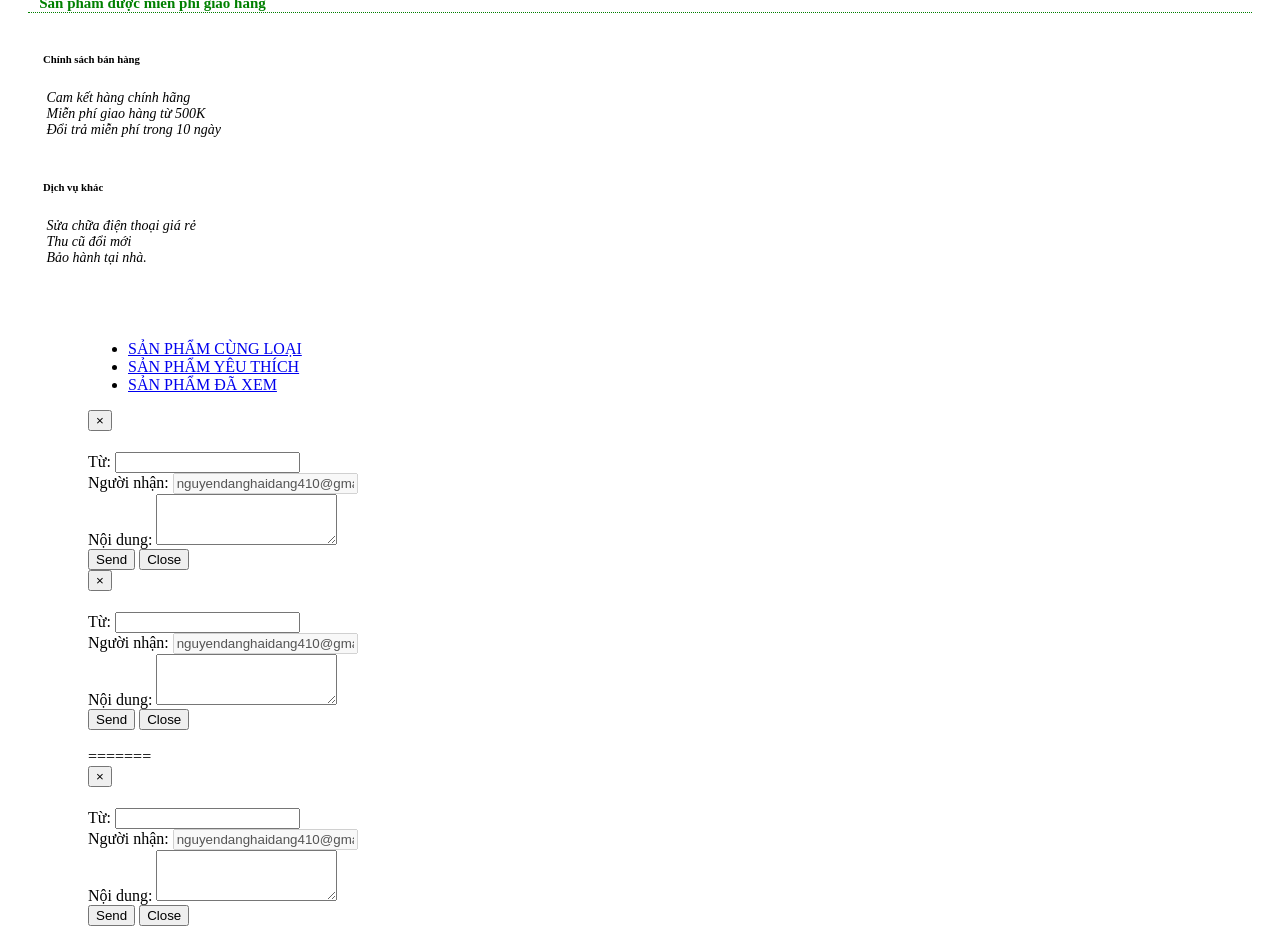
Repository: PhucDat28310/NaviProject
Page: http://localhost/CH_DT_Navi/WEB-INF/views/product/detail.jsp
An editor plug-in stored every save of this project. The page is shown before and after the next save, followed by the edit.
The browser window is 1280 px wide. The pictures show the part of the page from y = 1204 to 2156 px (the page is 2156 px tall before and 2138 px after).
The page is served by Tomcat 9. Nobody is signed in. Other server files are loaded and not shown. The template is opened directly, without the code that normally fills it, so the values that code supplies are empty.

Above is the page before, as saved 2023-03-30 04:14:53.

### CH-DT/CH_DT_Navi/src/main/webapp/WEB-INF/views/product/detail.jsp
<%@ page pageEncoding="utf-8"%>
<%@ taglib uri="http://java.sun.com/jstl/core_rt" prefix="c"%>
<%@ taglib uri="http://java.sun.com/jstl/fmt_rt" prefix="f"%>


<c:set var="cart" value="${sessionScope['scopedTarget.cartService']}" />
<br />
<div class="row">
	<div class="col-sm-9">
		<div class="ct1">
			<!-- SHOP PRODUCTS -->
			<div class="row">
				<div class="col-sm-5">

					<div class="product-image">
						<img src="/static/images/products/${prod.image}"
							title="${prod.name}">
					</div>
				</div>
				<div class="col-sm-7">
					<div class="san-pham-ct">
						<h3 style="color: black; font-weight: bold; text-align: left;">
							${prod.name}</h3>
						<p>
							Thương hiệu: <b>${prod.category.nameVN}</b> | SKU: ${prod.id}
						</p>
						<br /> <a href="/product/detail/${prod.id}"> <c:choose>
								<c:when test="${prod.discount > 0 }">
									<p
										style="background-color: red; width: 30px; height: 30px; text-align: right; float: right; position: relative; border-radius: 30px; margin-right: 110px">
										<span
											style="margin-left: -28px; margin-top: 5px; font-size: 14px; color: #fff; position: absolute;">
											-<f:formatNumber value="${prod.discount}" type="percent" />
										</span>
									</p>
								</c:when>
								<c:otherwise>

								</c:otherwise>
							</c:choose>


						</a>
						<p style="padding: 3px; font-size: 20px; font-weight: bold;">
							<c:choose>
								<c:when test="${prod.discount <= 0 }">
									<span
										style="text-align: left; font-weight: bold; color: red"><f:formatNumber
											value="${prod.unitPrice}" pattern="#,###" />VNĐ </span>
								</c:when>
								<c:otherwise>
									<span
										style="text-decoration: line-through; color: Gray; font-weight: bold;">
										<f:formatNumber value="${prod.unitPrice}" pattern="#,###" />
										VNĐ
									</span>
								</c:otherwise>
							</c:choose>
							<c:choose>
								<c:when test="${prod.discount > 0 }">
									<span style="margin-left: 5px; font-weight: bold; color: red">
										<f:formatNumber
											value="${prod.unitPrice * (1 - prod.discount)}"
											pattern="#,###" /> VNĐ
									</span>
								</c:when>
								<c:otherwise>

								</c:otherwise>
							</c:choose>
						</p>
						<p>
							Tình trạng: <span
								style="background-color: #99FF99; border-radius: 4px; padding: 3px; color: black; font-weight: bold;">${prod.available?'Còn hàng':'Hết hàng'}</span>
						</p>

						<div class="row">
							<div class="col-sm-6" data-id="${prod.id}">
								<button class="theo-vao-gio btn-add-to-carts"
									data-toggle="modal" data-target="#myModals">THÊM VÀO
									GIỎ</button>
							</div>

						</div>

					</div>
					<br>
					<div class="sp-km">
						<h6>Khuyến mãi liên quan</h6>
						<p>
							<img style="margin-top: -5px"
								src="/static/images/icon/icon_km.png" width="15px" height="15px">
							<span>Trả góp 0% + 0đ qua thẻ tín dụng</span>
						</p>
						<p>
							<img style="margin-top: -5px"
								src="/static/images/icon/icon_km.png" width="15px" height="15px">
							<span>Pin sạc dự phòng giảm 30% khi mua kèm</span>
						</p>
					</div>
				</div>
			</div>
		</div>
		<div class="sp-km">
			<p>${prod.description}</p>

		</div>
	</div>

	<!-- /SHOP PRODUCTS -->

	<div class="col-sm-3">
		<div class="ct2">
			<!-- SHOP SIDEBAR -->
			<b style="font-size: 15px; color: green;"><i class="fas fa-truck"></i>&nbsp;&nbsp;&nbsp;Sản
				phẩm được miễn phí giao hàng</b>
			<div class="sp-km">
				<h6>Chính sách bán hàng</h6>
				<i><i class="	far fa-check-circle ico"></i> &nbsp;Cam kết hàng
					chính hãng </i><br> <i><i class="fas fa-truck-monster ico"></i>
					&nbsp;Miễn phí giao hàng từ 500K</i><br> <i><i
					class="fas fa-redo ico"></i> &nbsp;Đổi trả miễn phí trong 10 ngày</i> <br>
				<br>
				<h6>Dịch vụ khác</h6>
				<i><i class="fas fa-hammer ico"></i> &nbsp;Sửa chữa điện thoại
					giá rẻ</i><br> <i><i class="fas fa-laptop ico"></i> &nbsp;Thu
					cũ đổi mới </i><br> <i><i class="fas fa-satellite-dish ico"></i>
					&nbsp;Bảo hành tại nhà.</i>
			</div>
			<!-- /SHOP SIDEBAR -->
		</div>
	</div>

</div>
</div>

<!-- /content -->
<br>


<!-- SP tương tự -->
<div class="container-fluid" style="padding: 0px 80px 0px 80px">
	<ul class="nav nav-tabs">
		<li class="active"><a data-toggle="tab" href="#tab1">SẢN PHẨM
				CÙNG LOẠI</a></li>
		<li><a data-toggle="tab" href="#tab2">SẢN PHẨM YÊU THÍCH</a></li>
		<li><a data-toggle="tab" href="#tab3">SẢN PHẨM ĐÃ XEM</a></li>
	</ul>

	<div class="tab-content">
		<div id="tab1" class="tab-pane fade in active">
			<div>
				<c:forEach var="p" items="${list}" begin="0" end="7">
					<div class="col-sm-3" style="padding: 5px 5px 5px 5px">
						<div class="thumbnail">

							<a href="/product/detail/${p.id}"> <c:choose>
									<c:when test="${p.discount > 0 }">
										<p
											style="background-color: red; width: 30px; height: 30px; text-align: right; float: right; position: relative; border-radius: 30px">
											<span
												style="margin-left: -28px; margin-top: 5px; font-size: 14px; color: #fff; position: absolute;">
												-<f:formatNumber value="${p.discount}" type="percent" />
											</span>
										</p>
									</c:when>
									<c:otherwise>

									</c:otherwise>
								</c:choose> <img style="margin-right: 30px; margin-top: 5px"
								class="estore-prod" src="/static/images/products/${p.image}"
								title="${p.name}">
							</a>

							<div class="caption">
								<p style="padding: 3px; text-align: center; color: black">
									<b>${p.name}</b>
								</p>
								<p
									style="padding: 3px; font-size: 15px; text-align: center; font-weight: bold;">
									<c:choose>
										<c:when test="${p.discount <= 0 }">
											<span style="text-align: left; font-weight: bold; color:red"><f:formatNumber
													value="${p.unitPrice}" pattern="#,###" />VNĐ </span>
										</c:when>
										<c:otherwise>
											<span
												style="text-decoration: line-through; color: Gray; font-weight: bold;">
												<f:formatNumber value="${p.unitPrice}" pattern="#,###" />
												VNĐ
											</span>
										</c:otherwise>
									</c:choose>
									<c:choose>
										<c:when test="${p.discount > 0 }">
											<span style="margin-left: 5px; font-weight: bold; color:red"> <f:formatNumber
													value="${p.unitPrice * (1 - p.discount)}" pattern="#,###" />
												VNĐ
											</span>
										</c:when>
										<c:otherwise>

										</c:otherwise>
									</c:choose>

								</p>
								<br /> <br />
								<div data-id="${p.id}" class="pull-center text-center">
									<button class="btn btn-sm btn-danger btn-add-to-cart">
										<i class="glyphicon glyphicon-shopping-cart"></i>
									</button>
									<button class="btn btn-sm btn-warning btn-star">
										<i class="glyphicon glyphicon-star"></i>
									</button>
									<button class="btn btn-sm btn-success btn-open-dialog"
										data-toggle="modal" data-target="#myModal">
										<i class="glyphicon glyphicon-envelope"></i>
									</button>
								</div>
							</div>


						</div>
					</div>

				</c:forEach>


				<jsp:include page="dialog.jsp" />
			</div>
		</div>
		<div id="tab2" class="tab-pane fade">
			<div>
				<c:forEach var="p" items="${favo}" begin="0" end="7">
					<div class="col-sm-3" style="padding: 5px 5px 5px 5px">
						<div class="thumbnail">

							<a href="/product/detail/${p.id}"> <c:choose>
									<c:when test="${p.discount > 0 }">
										<p
											style="background-color: red; width: 30px; height: 30px; text-align: right; float: right; position: relative; border-radius: 30px">
											<span
												style="margin-left: -28px; margin-top: 5px; font-size: 14px; color: #fff; position: absolute;">
												-<f:formatNumber value="${p.discount}" type="percent" />
											</span>
										</p>
									</c:when>
									<c:otherwise>

									</c:otherwise>
								</c:choose> <img style="margin-right: 30px; margin-top: 5px"
								class="estore-prod" src="/static/images/products/${p.image}"
								title="${p.name}">
							</a>

							<div class="caption">
								<p style="padding: 3px; text-align: center; color: black">
									<b>${p.name}</b>
								</p>
								<p
									style="padding: 3px; font-size: 15px; text-align: center; font-weight: bold;">
									<c:choose>
										<c:when test="${p.discount <= 0 }">
											<span style="text-align: left; font-weight: bold; color: red"><f:formatNumber
													value="${p.unitPrice}" pattern="#,###" />VNĐ </span>
										</c:when>
										<c:otherwise>
											<span
												style="text-decoration: line-through; color: Gray; font-weight: bold;">
												<f:formatNumber value="${p.unitPrice}" pattern="#,###" />
												VNĐ
											</span>
										</c:otherwise>
									</c:choose>
									<c:choose>
										<c:when test="${p.discount > 0 }">
											<span style="margin-left: 5px; font-weight: bold; color: red"> <f:formatNumber
													value="${p.unitPrice * (1 - p.discount)}" pattern="#,###" />
												VNĐ
											</span>
										</c:when>
										<c:otherwise>

										</c:otherwise>
									</c:choose>

								</p>
								<br /> <br />
								<div data-id="${p.id}" class="pull-center text-center">
									<button class="btn btn-sm btn-danger btn-add-to-cart">
										<i class="glyphicon glyphicon-shopping-cart"></i>
									</button>
									<button class="btn btn-sm btn-warning btn-star">
										<i class="glyphicon glyphicon-star"></i>
									</button>
									<button class="btn btn-sm btn-success btn-open-dialog"
										data-toggle="modal" data-target="#myModal">
										<i class="glyphicon glyphicon-envelope"></i>
									</button>
								</div>
							</div>


						</div>
					</div>

				</c:forEach>


				<jsp:include page="dialog.jsp" />
			</div>
		</div>
		<div id="tab3" class="tab-pane fade">
			<div>
				<c:forEach var="p" items="${viewed}" begin="0" end="7">
					<div class="col-sm-3" style="padding: 5px 5px 5px 5px">
						<div class="thumbnail">

							<a href="/product/detail/${p.id}"> <c:choose>
									<c:when test="${p.discount > 0 }">
										<p
											style="background-color: red; width: 30px; height: 30px; text-align: right; float: right; position: relative; border-radius: 30px">
											<span
												style="margin-left: -28px; margin-top: 5px; font-size: 14px; color: #fff; position: absolute;">
												-<f:formatNumber value="${p.discount}" type="percent" />
											</span>
										</p>
									</c:when>
									<c:otherwise>

									</c:otherwise>
								</c:choose> <img style="margin-right: 30px; margin-top: 5px"
								class="estore-prod" src="/static/images/products/${p.image}"
								title="${p.name}">
							</a>

							<div class="caption">
								<p style="padding: 3px; text-align: center; color: black">
									<b>${p.name}</b>
								</p>
								<p
									style="padding: 3px; font-size: 15px; text-align: center; font-weight: bold;">
									<c:choose>
										<c:when test="${p.discount <= 0 }">
											<span style="text-align: left; font-weight: bold; color: red"><f:formatNumber
													value="${p.unitPrice}" pattern="#,###" />VNĐ </span>
										</c:when>
										<c:otherwise>
											<span
												style="text-decoration: line-through; color: Gray; font-weight: bold;">
												<f:formatNumber value="${p.unitPrice}" pattern="#,###" />
												VNĐ
											</span>
										</c:otherwise>
									</c:choose>
									<c:choose>
										<c:when test="${p.discount > 0 }">
											<span style="margin-left: 5px; font-weight: bold; color: red"> <f:formatNumber
													value="${p.unitPrice * (1 - p.discount)}" pattern="#,###" />
												VNĐ
											</span>
										</c:when>
										<c:otherwise>

										</c:otherwise>
									</c:choose>

								</p>
								<br /> <br />
								<div data-id="${p.id}" class="pull-center text-center">
									<button class="btn btn-sm btn-danger btn-add-to-cart">
										<i class="glyphicon glyphicon-shopping-cart"></i>
									</button>
									<button class="btn btn-sm btn-warning btn-star">
										<i class="glyphicon glyphicon-star"></i>
									</button>
									<button class="btn btn-sm btn-success btn-open-dialog"
										data-toggle="modal" data-target="#myModal">
										<i class="glyphicon glyphicon-envelope"></i>
									</button>
								</div>
							</div>


						</div>
					</div>

				</c:forEach>

			</div>
		</div>

</div>
	<br />
=======
		<jsp:include page="dialog.jsp" />
	</div>
</div>

<br />

<jsp:include page="dialog_cart.jsp" />
<style>
.thumbnail:hover {
	-webkit-box-shadow: 1px 3px 27px 2px rgba(0, 0, 0, 0.42);
	-moz-box-shadow: 1px 3px 27px 2px rgba(0, 0, 0, 0.42);
	box-shadow: 1px 3px 27px 2px rgba(0, 0, 0, 0.42);
}

.pull-center {
	margin-top: -30px;
}

.caption {
	height: 150px
}

.mua-ngay {
	border-radius: 5px;
	padding: 5px 10px;
	text-align: center;
	background-color: rgb(20, 53, 195);
	border: none;
	color: #fff;
	font-weight: 800;
	width: 100%;
	font-size: 18px;
}

.theo-vao-gio {
	border-radius: 5px;
	padding: 5px;
	text-align: center;
	background-image: linear-gradient(-90deg, rgb(240, 232, 8),
		rgb(248, 32, 32));
	border: none;
	color: #fff;
	font-weight: 800;
	width: 100%;
	font-size: 18px;
}

.ct1 {
	background-color: #fff;
	padding: 30px 40px;
	border-radius: 10px;
}

.ct2 {
	background-color: #fff;
	padding: 30px 20px;
	border-radius: 10px;
}

.product-image img {
	width: 100%;
	height: 100%;
}

.sp-km {
	padding-top: 15px;
	border-top: 1px dotted green;
	padding: 15px 0px 10px 15px
}

.sp-km li {
	font-size: 15px;
}

.sp-km p {
	font-size: 15px;
	line-height: 16px;
}

.sp-km i {
	font-size: 14px;
	line-height: 16px;
}

.sp-km .ico {
	color: #0c78aa;
}

.san-pham-ct p {
	margin-top: -5px;
	color: #616060;
}

.san-pham-ct b {
	color: #076692;
}

.san-pham-ct u {
	color: #fa0606;
	font-weight: bold;
	font-size: x-large;
}
</style>

### CH-DT/CH_DT_Navi/src/main/webapp/WEB-INF/views/product/dialog.jsp
<%@ page pageEncoding="utf-8"%>


<!-- Modal -->
<div id="myModal" class="modal fade" role="dialog">
	<div class="modal-dialog">

		<!-- Modal content-->
		<div class="modal-content">
			<div class="modal-header">
				<button type="button" class="close" data-dismiss="modal">&times;</button>
				<h4 class="modal-title"></h4>
			</div>
			<div class="modal-body">
				<div class="form-group">
					<label>Từ:</label>
					<input id="email" class="form-control">
				</div>
				<div class="form-group">
					<label>Người nhận:</label>
					<input disabled="disabled" value="nguyendanghaidang410@gmail.com" id="sender" class="form-control">
				</div>
				<div class="form-group">
					<label>Nội dung:</label>
					<textarea id="comments" class="form-control" rows="3"></textarea>
				</div>
				<input type="hidden" id="id">
			</div>
			<div class="modal-footer">
				<button class="btn btn-default btn-send">Send</button>
				<button class="btn btn-default" data-dismiss="modal">Close</button>
			</div>
		</div>

	</div>
</div>

### CH-DT/CH_DT_Navi/src/main/webapp/WEB-INF/views/product/dialog_cart.jsp
<%@ page pageEncoding="utf-8"%>
<%@ taglib uri="http://java.sun.com/jstl/core_rt" prefix="c"%>
<%@ taglib uri="http://java.sun.com/jstl/fmt_rt" prefix="f"%>

<c:set var="cart" value="${sessionScope['scopedTarget.cartService']}" />

<!-- Modal -->
<c:forEach var="p" items="${list}">
<div id="myModals" class="modal fade" role="dialog">
	<div class="modal-dialog">

		<!-- Modal content-->
		<div class="modal-content">
			<div class="modal-header">
			<h4 class="modal-title text-center">Thông báo</h4>
				<button type="button" class="close" data-dismiss="modal">&times;</button>
			</div>
			<div style="padding: 20px 10px 20px 10px;font-size: 16px">
				Bạn đã thêm sản phẩm <b> ${p.name} </b>vào giỏ hàng!
			</div>
			<div class="modal-footer text-center">
				<a style="width: 300px" class="btn btn-primary " href="/cart/view">Xem giỏ hàng</a>
				<button style="width: 100px;height: 35px;border:1px solid red;background-color: #C0C0C0" type="button" class="btn btn-dark close" data-dismiss="modal">OK</button>
			</div>
		</div>

	</div>
</div>
</c:forEach>

After the next save:
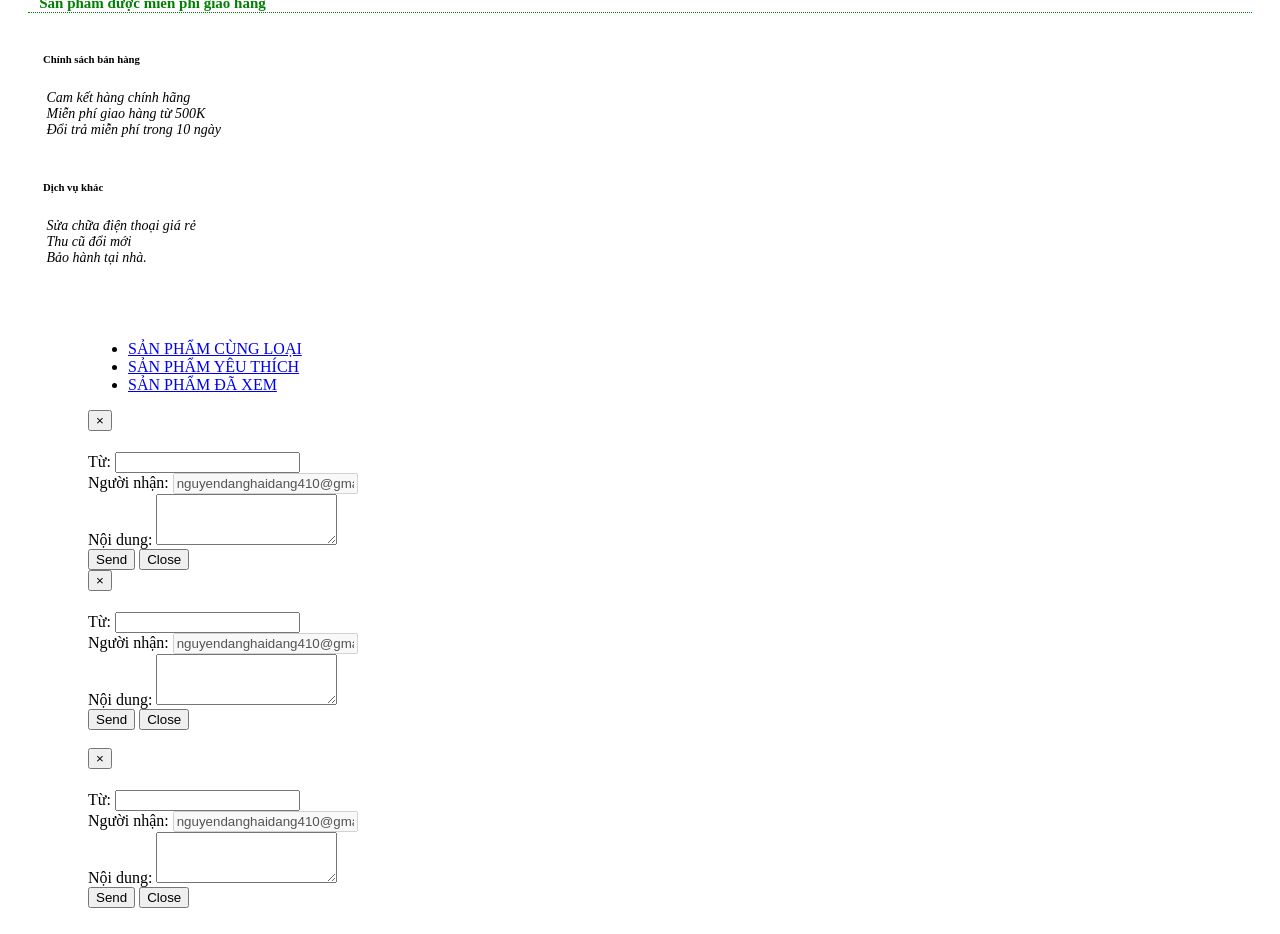
Saved 10 s later.
--- a/CH-DT/CH_DT_Navi/src/main/webapp/WEB-INF/views/product/detail.jsp
+++ b/CH-DT/CH_DT_Navi/src/main/webapp/WEB-INF/views/product/detail.jsp
@@ -392,7 +392,7 @@
 
 </div>
 	<br />
-=======
+
 		<jsp:include page="dialog.jsp" />
 	</div>
 </div>
